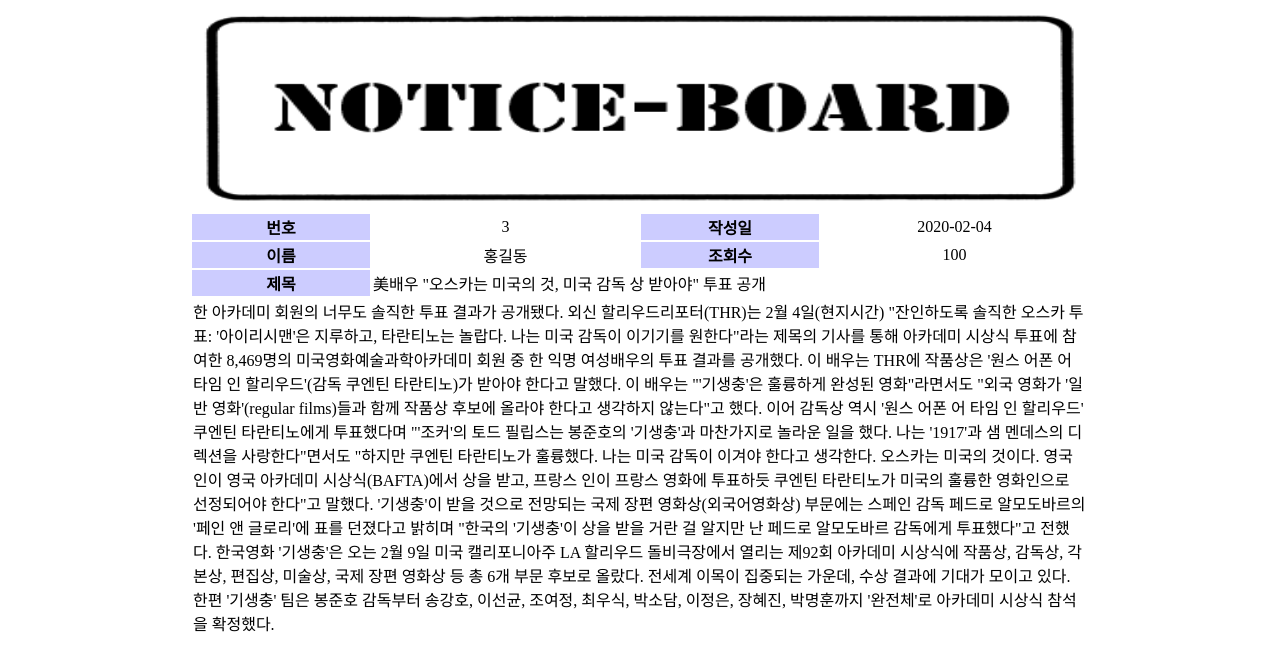
Repository: Rummikub/DBStudy
Page: HTML Project3/WebContent/html/detail.html
The author's editor kept a copy of each file at every save. The page is drawn from the files as they stood at one save, then again after the next save.
The browser window is 1280 px wide. The pictures show the whole page.

Above is the page before, as saved 2020-02-05 07:17:51.

### HTML Project3/WebContent/html/detail.html
<!DOCTYPE html>
<html>
<head>
<meta charset="UTF-8">
<title>Insert title here</title>
</head>
<body>
	<center>
	<img src="noticeboard.png" width=900 height=200>
	<table border=0 width=900>
		<tr>
		 <th width=20% bgcolor="#ccccff">번호</th>
		 <td width=30% align="center">3</td>
		 <th width=20% bgcolor="#ccccff">작성일</th>
		 <td width=30% align="center">2020-02-04</td>
		</tr>
		<tr>
		 <th width=20% bgcolor="#ccccff">이름</th>
		 <td width=30% align="center">홍길동</td>
		 <th width=20% bgcolor="#ccccff">조회수</th>
		 <td width=30% align="center">100</td>
		</tr>
		<tr>
		 <th width=20% bgcolor="#ccccff">제목</th>
		 <td colspan="3" align="left">美배우 "오스카는 미국의 것, 미국 감독 상 받아야" 투표 공개</td>
		</tr>
		<tr>
		 <td colspan="4" align="left" valign="top" height="200">한 아카데미 회원의 너무도 솔직한 투표 결과가 공개됐다.

외신 할리우드리포터(THR)는 2월 4일(현지시간) "잔인하도록 솔직한 오스카 투표: '아이리시맨'은 지루하고, 타란티노는 놀랍다.
나는 미국 감독이 이기기를 원한다"라는 제목의 기사를 통해 아카데미 시상식 투표에 참여한 8,469명의 미국영화예술과학아카데미 회원 중 한 익명 여성배우의 투표 결과를 공개했다.

이 배우는 THR에 작품상은 '원스 어폰 어 타임 인 할리우드'(감독 쿠엔틴 타란티노)가 받아야 한다고 말했다. 이 배우는 "'기생충'은 훌륭하게 완성된 영화"라면서도 "외국 영화가 '일반 영화'(regular films)들과 함께 작품상 후보에 올라야 한다고 생각하지 않는다"고 했다.

이어 감독상 역시 '원스 어폰 어 타임 인 할리우드' 쿠엔틴 타란티노에게 투표했다며 "'조커'의 토드 필립스는 봉준호의 '기생충'과 마찬가지로 놀라운 일을 했다.
나는 '1917'과 샘 멘데스의 디렉션을 사랑한다"면서도 "하지만 쿠엔틴 타란티노가 훌륭했다. 나는 미국 감독이 이겨야 한다고 생각한다.
오스카는 미국의 것이다. 영국인이 영국 아카데미 시상식(BAFTA)에서 상을 받고, 프랑스 인이 프랑스 영화에 투표하듯 쿠엔틴 타란티노가 미국의 훌륭한 영화인으로 선정되어야 한다"고 말했다.

'기생충'이 받을 것으로 전망되는 국제 장편 영화상(외국어영화상) 부문에는 스페인 감독 페드로 알모도바르의 '페인 앤 글로리'에 표를 던졌다고 밝히며 "한국의 '기생충'이 상을 받을 거란 걸 알지만 난 페드로 알모도바르 감독에게 투표했다"고 전했다.

한국영화 '기생충'은 오는 2월 9일 미국 캘리포니아주 LA 할리우드 돌비극장에서 열리는 제92회 아카데미 시상식에 작품상, 감독상, 각본상, 편집상, 미술상, 국제 장편 영화상 등 총 6개 부문 후보로 올랐다.
전세계 이목이 집중되는 가운데, 수상 결과에 기대가 모이고 있다.

한편 '기생충' 팀은 봉준호 감독부터 송강호, 이선균, 조여정, 최우식, 박소담, 이정은, 장혜진, 박명훈까지 '완전체'로 아카데미 시상식 참석을 확정했다.</td>
		</tr>
	</table>
	</center>
</body>
</html>

After the next save:
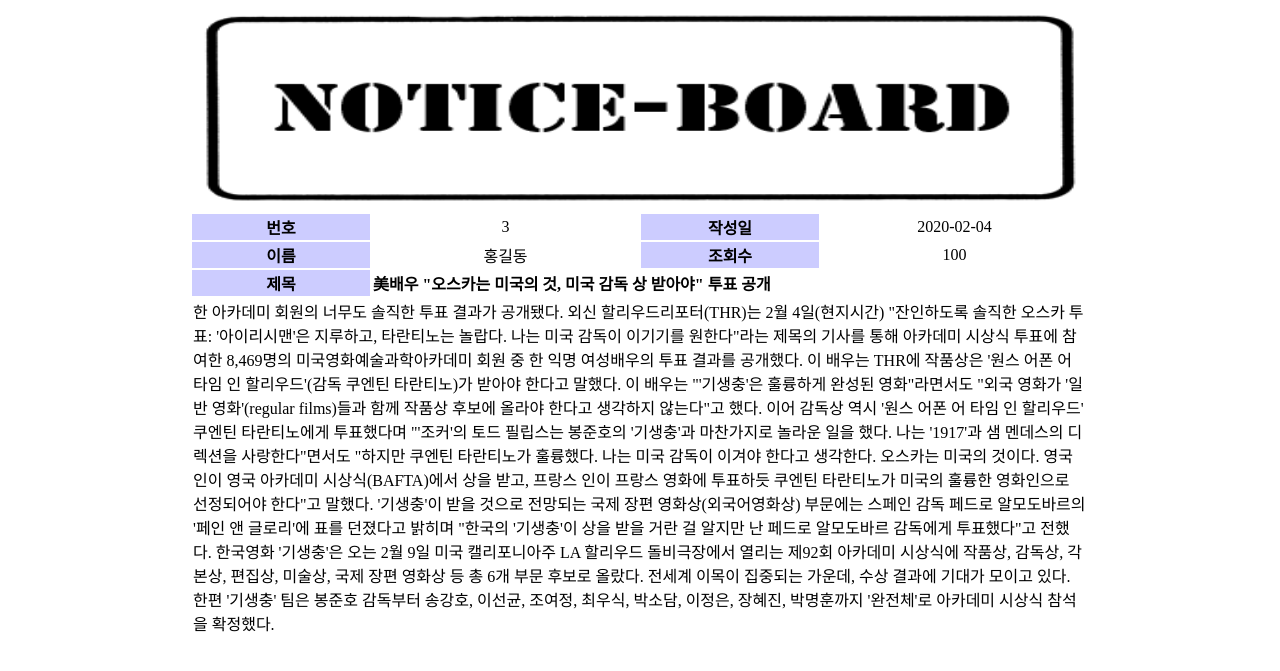
Saved 32 s later.
--- a/HTML Project3/WebContent/html/detail.html
+++ b/HTML Project3/WebContent/html/detail.html
@@ -22,7 +22,7 @@
 		</tr>
 		<tr>
 		 <th width=20% bgcolor="#ccccff">제목</th>
-		 <td colspan="3" align="left">美배우 "오스카는 미국의 것, 미국 감독 상 받아야" 투표 공개</td>
+		 <td colspan="3" align="left"><b>美배우 "오스카는 미국의 것, 미국 감독 상 받아야" 투표 공개</b></td>
 		</tr>
 		<tr>
 		 <td colspan="4" align="left" valign="top" height="200">한 아카데미 회원의 너무도 솔직한 투표 결과가 공개됐다.
